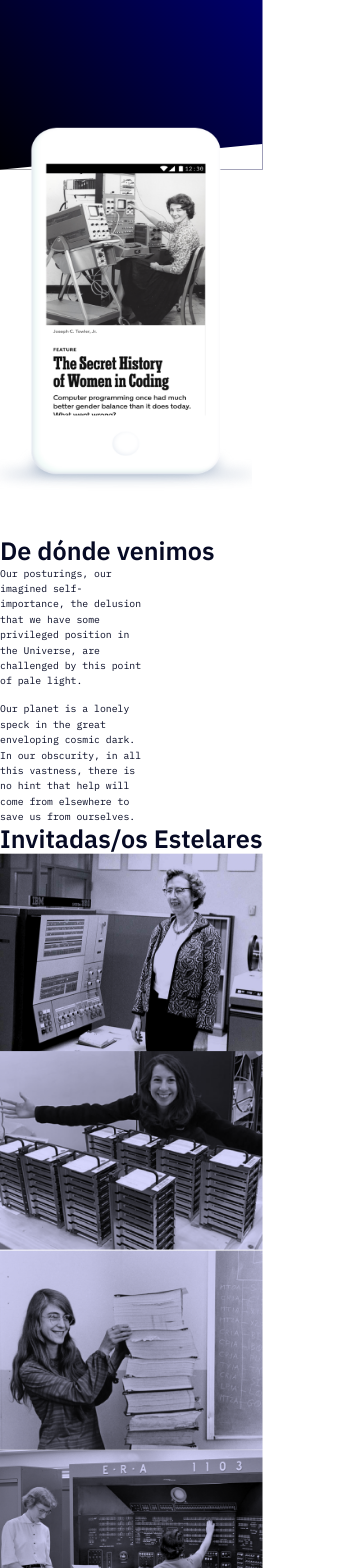
Repository: FedeGA93/podcast
Page: index.html
These files come from the project's save history. The page is drawn as it stood at one moment and after the next save; the edit follows.
The browser window is 375 px wide. The page is 375 px wide, then 500 px, so the pictures cover 500 px, including what lies to the right of the window. The pictures show the part of the page from y = 1122 to 3362 px (the page is 5095 px tall before and 5338 px after), at 70% of full size.
Pictures or frames that could not be fetched are drawn as grey boxes. Some web libraries are served in a nearby version.

Above is the page before, as saved 2019-11-24 20:54:50.

### index.html
<!DOCTYPE html>
<html lang="es">

<head>
    <meta charset="UTF-8">
    <meta name="viewport" content="width=device-width, initial-scale=1.0">
    <meta http-equiv="X-UA-Compatible" content="ie=edge">
    <title>BlueDot</title>
    <link rel="stylesheet" href="styles/styles.css">
    <link href="https://fonts.googleapis.com/css?family=IBM+Plex+Mono|IBM+Plex+Sans:400,400i,500,600&display=swap"
        rel="stylesheet">
    <link rel="stylesheet" href="https://cdnjs.cloudflare.com/ajax/libs/font-awesome/5.11.2/css/all.css">
</head>

<body>
    <header>
        <div class="menu">
            <div>
                <img src="images/logo.svg" alt="Logo del podcast" class="responsive-logo">
            </div>
            <div>
                <nav>
                    <input type="checkbox" />
                    <span class="barras-negras-hamburger"></span>
                    <span class="barras-negras-hamburger"></span>
                    <span class="barras-negras-hamburger"></span>
                    <ul class="menu-child">
                        <li><a class="color-letras" href="#epi">EPISODIOS</a></li><br>
                        <li><a class="color-letras" href="#nos">NOSOTROS</a></li><br>
                        <li><a class="color-letras" href="#ent">ENTREVISTAS</a></li><br>
                        <li><a class="color-letras" href="#topi">TOPICOS</a></li><br>
                    </ul>
                </nav>
            </div>
        </div>
    </header>
    <main class="first-box">
        <div class="main-child">
            <h1>Hello <s>world</s> pale blue dot<strong class="strong-dot">.</strong></h1>
        </div>
        <div class="main-child">
            <p class="parrafos-general">El portal de podcasts que explora el mundo de la programación y <br> la
                tecnología.
                Nuevos episodios, todos los jueves cada 15 días.</p>
        </div>
        <div class="main-child">
            <article >
                <p><a class="btn cnmas"  href="#nos">CONOCÉ MÁS</a></p>
            </article>
        </div>
    </main>
    <section>

        <article class="fondo-azul-gradiente sec">
            <div class="corteuno"></div>
            <div class="cortedos"></div>

            <div>
                <p class="color-blanco pad" id="epi">Episodios</p>
            </div>

            <div class="flex-spotify">
                <iframe src="https://open.spotify.com/embed-podcast/show/2ySVrxGkN6n6frMTo9Nsrt" allowtransparency="true" frameborder="0" allow="encrypted-media"></iframe>


                <iframe src="https://open.spotify.com/embed-podcast/show/4kYCRYJ3yK5DQbP5tbfZby" allowtransparency="true" frameborder="0" allow="encrypted-media"></iframe>

                <iframe src="https://open.spotify.com/embed-podcast/episode/2VHYWRX1mHcZQS89y3z2Xv" frameborder="0" allowtransparency="true" allow="encrypted-media"></iframe>
                <iframe src="https://open.spotify.com/embed-podcast/show/2Iibd5A6R7mxkCm4NwNmUn" allowtransparency="true" frameborder="0" allow="encrypted-media"></iframe>
            </div>
    </section>
    <section>

        <div class="informacion">
            <article>
                <img src="images/phone.png" alt="El podcast en un telefono" class="phone">
            </article>
            <article>
                <h2 class="color-negro" id="nos">De dónde venimos</h2>

                <p class="parrafos-general limit-text">Our posturings, our imagined self-importance, the delusion that
                    we
                    have some
                    privileged position in the Universe, are challenged by this point of pale light. </p> <br>

                <p class="parrafos-general limit-text">
                    Our planet is a lonely speck in the great enveloping cosmic dark. In our obscurity, in all this
                    vastness, there is no hint that help will come from elsewhere to save us from ourselves.</p>

            </article>
        </div>

    </section>
    <section>
        <h2 class="color-negro paddie" id="ent">
            Invitadas/os Estelares
        </h2>

        <div class="photo-box">
            <img src="images/grace-hopper.png" alt="Foto de Grace Hopper" class="photos">
            <img src="images/Katie-Bouman.png" alt="Foto de Katie Bouman" class="photos">
            <img src="images/Margaret_Hamilton.png" alt="Margaret Hamilton" class="photos">
            <img src="images/computadora1950.png" alt="Una computadora del año 1950" class="photos">
            <img src="images/computadoraprogramable.png" alt="La primera computadora programable del mundo"
                class="photos">
            <img src="images/susan-kare.png" alt="Foto de Susan Kare" class="photos">

        </div>
    </section>
    <section>
        <h2 class="color-negro" id="topi">Algunos de nuestros temas</h2>
        <div>
            <section class="alineado">
                <article >
                    <img src="images/icon1.svg" alt="" class="theme-size">
                    <p class="temas">Trabajo remoto</p>
                </article>
                <article >
                    <img src="images/icon2.svg" alt="" class="theme-size">
                    <p class="temas">Repensando la programación</p>
                </article>

                <article >
                    <img src="images/icon3.svg" alt="" class="theme-size">
                    <p class="temas">Bases de código</p>
                </article>

                <article >
                    <img src="images/icon4.svg" alt="" class="theme-size">
                    <p class="temas">Seguridad informática</p>
                </article>
            </section>
        </div>
    </section>
    <section>
        <div class="fondo-azul-gradiente secfoot">
            <div class="corteuno"></div>
            <article>
                <h2 class="color-blanco">
                    ¿Querés las últimas novedades?
                </h2>
            </article>

            <article>
                <p> <a class="btn ele" href="#epi">ESCUCHÁ LOS EPISODIOS</a> </p>
            </article>

        </div>
    </section>

    <footer>
        <h3>© 2019— Hello blue pale dot </h3>
    </footer>
</body>

</html>

### styles/styles.css
* {
  margin: 0;
  padding: 0;
  border: 0;
  box-sizing: content-box;
}

.menu {
  display: flex;
  flex-flow: row;
  justify-content: space-between;
  padding: 22px 244px 120px 100px;
  position: static;
  top: 0;
  overflow: hidden;
}
.menu-child {
  display: flex;
  flex-flow: row wrap;
  text-decoration: none;
  list-style-type: none;
  justify-content: flex-end;
  text-indent: 20px;
}

.first-box {
  display: flex;
  flex-flow: column;
  padding: 0 13%;
}
.main-child {
  justify-content: center;
}
.color-letras:active {
  color: RGBA(6, 10, 36, 0.53);
}
.color-letras:hover {
  color: #00f3bb;
  text-decoration: line-through;
}
.color-letras {
  font-family: "IBM Plex Mono", monospace;
  font-size: 16px;
  color: #060a24;
  letter-spacing: 0;
  line-height: 28px;
  text-decoration: none;
}

h1 {
  font-family: "IBM Plex Sans", sans-serif;
  font-size: 64px;
  color: #060a24;
  letter-spacing: 0;
}
.strong-dot {
  font-family: "IBM Plex Sans", sans-serif;
  font-size: 64px;
  color: #0000ec;
  letter-spacing: 0;
}
.parrafos-general {
  font-family: "IBM Plex Mono", monospace;
  font-size: 16px;
  color: #060a24;
  letter-spacing: 0;
  line-height: 24px;
}

input {
  display: none;
}

.sec {
  position: relative;
  width: 100%;
  height: 115vh;
  overflow: hidden;
}
.secfoot {
  display: flex;
  justify-content: center;
  align-items: center;
  flex-direction: column;
  position: relative;
  width: 100%;
  height: 50vh;
  overflow: hidden;
}
.fondo-azul-gradiente {
  background-image: linear-gradient(225deg, #0000ff 0%, #000003 100%);
}

/* Cortes del fondo */

.corteuno {
  position: absolute;
  top: 0;
  left: 0;
  border-width: 0 0 8vw 100vw;
  border-style: solid;
  border-color: transparent #fff transparent;
}
.cortedos {
  position: absolute;
  bottom: 0;
  left: 0;
  border-width: 0 0 10vw 100vw;
  border-style: solid;
  border-color: transparent transparent #fff;
}

.color-blanco {
  font-family: 'IBM Plex Sans', sans-serif;
  font-size: 48px;
  color: #ffffff;
  letter-spacing: 0;
}.color-negro {
  font-family: "IBM Plex Sans", sans-serif;
  font-size: 48px;
  color: #060a24;
  letter-spacing: 0;
}
.informacion {
  display: flex;
  justify-content: flex-start;
}

.btn {
  display: flex;
  align-items: center;
  justify-content: center;
  background-color: #00f3bb;
  font-family: "IBMPlexMono", Medium;
  font-size: 18px;
  color: #060a24;
  letter-spacing: 0;
  text-align: center;
  line-height: 24px;
  text-decoration: none;
}
.btn:hover,
.btn:focus {
  background-image: linear-gradient(225deg, #0000fe 0%, #00f0b8 100%);
  color: #ffffff;

}
.cnmas{
  height: 56px;
  width: 226px;
}
.ele{
  width: 345px;
  height: 56px;

}

.flex {
  display: flex;
  flex-direction: row;
  flex-wrap: nowrap;
  justify-content: space-between;
}
.pad {
  padding:7% 12.76% 0;
}
.flex-spotify {
  display: flex;
  flex-flow: row wrap;
  padding: 2% 8% ;
}
.temas {
  font-family: "IBMPlexSans";
  font-weight: 600;
  font-size: 24px;
  color: #060a24;
  letter-spacing: 0;
  text-align: center;
}

.alineado {
  display: flex;
  flex-flow: row;
  justify-content: space-evenly;
  text-align: center;
}
.phone {
  position: relative;
  top: -311px;
  height: 660px;
  width: 457.6px;
  padding: 200px 64px 0 200px;
}
iframe {
  padding: 0 72px 72px 0;
  position: relative;
  z-index: 1;
  width:584px;
  height: 232px ;
}

.paddie {
  margin: -267px 0 36px 200px;
  z-index: 1;
}
.photos {
  width: 480px;
  height: 364px;
}
.photo-box {
  width:fit-content;
  display: grid;
  grid-template-columns: repeat(3, 0fr);
  grid-template-rows: repeat(2, 22vw);
}
.limit-text{
  width: 54%;
}
.theme-size{
  width: 104px;
  height: 104px;
}
/*
  ***************************************************
    ***********************************************
      ********************************************
        ****************************************
        *****************MOBILE*****************
        ****************************************
      ********************************************
     **********************************************
   **************************************************
 */

@media screen and (max-width: 600px) {
  * {
    margin: 0px;
    padding: 0;
    border: 0;
  }
  .barra-navegadora {
    display: none;
  }
  .menu{
    padding: 0px;
  }
  .seccion {
    width: 100%;
  }

  .responsive-logo {
    margin: 2.2% 87.5% 1.2% 2%;
  }
  .menu-child {
    display: none;
  }
  .menu-child:hover {
    display: block;
  }
  #burger {
    display: flex;
    justify-content: flex-end;
  }
  h1 {
    font-family: "IBM Plex Sans", sans-serif;
    font-size: 36px;
    color: #060a24;
    letter-spacing: 0;
    line-height: 42px;
  }

  p.parrafos-general {
    font-family: "IBM Plex Mono", monospace;
    font-size: 14px;
    color: #060a24;
    letter-spacing: 0;
    line-height: 22px;
  }
    h2.color-blanco {
    font-family: "IBM Plex Sans", sans-serif;
    font-size: 36px;
    color: #ffffff;
    letter-spacing: 0;
    line-height: 42px;
  }
  h2.color-negro {
    font-family: "IBM Plex Sans", sans-serif;
    font-size: 36px;
    color: #060a24;
    letter-spacing: 0;
    line-height: 42px;
  }
  .cnmas {
    height: 48px;
    width: 100%;
  }
  .barras-negras-hamburger {
    display: block;
    width: 33px;
    height: 4px;
    margin-bottom: 5px;
    position: relative;
    background: black;
    border-radius: 3px;
  }
  .sec{
    height: 138vh;
  }
  .phone{
    top:-60px;
    padding: 0;
    width: 360px;
    height: 519px;

  }
  .photo-box{
    grid-template-columns: repeat(1, 0);
    grid-template-rows: repeat(1, 16.5%);
  }
  .paddie{
    margin: 0;
  }
  .photos{
    height: auto;
    width: 100vw;
  }
  iframe{
    padding: 1%
  }
  .informacion{
    flex-direction: column;
  }
  .alineado{
    display: flex;
    flex-flow: column wrap;
    align-items: center;
  }
}
/*
  ***************************************************
    ***********************************************
      ********************************************
        ****************************************
         ***************TABLET*****************
        ****************************************
      ********************************************
     **********************************************
   **************************************************
 */

After the next save:
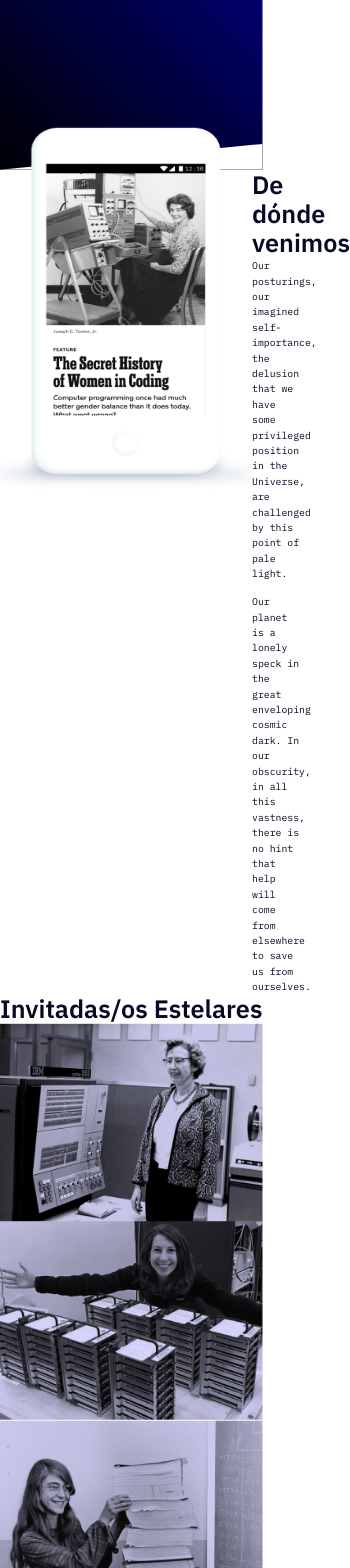
Saved 46 s later.
--- a/styles/styles.css
+++ b/styles/styles.css
@@ -327,9 +327,6 @@ iframe {
   iframe{
     padding: 1%
   }
-  .informacion{
-    flex-direction: column;
-  }
   .alineado{
     display: flex;
     flex-flow: column wrap;
